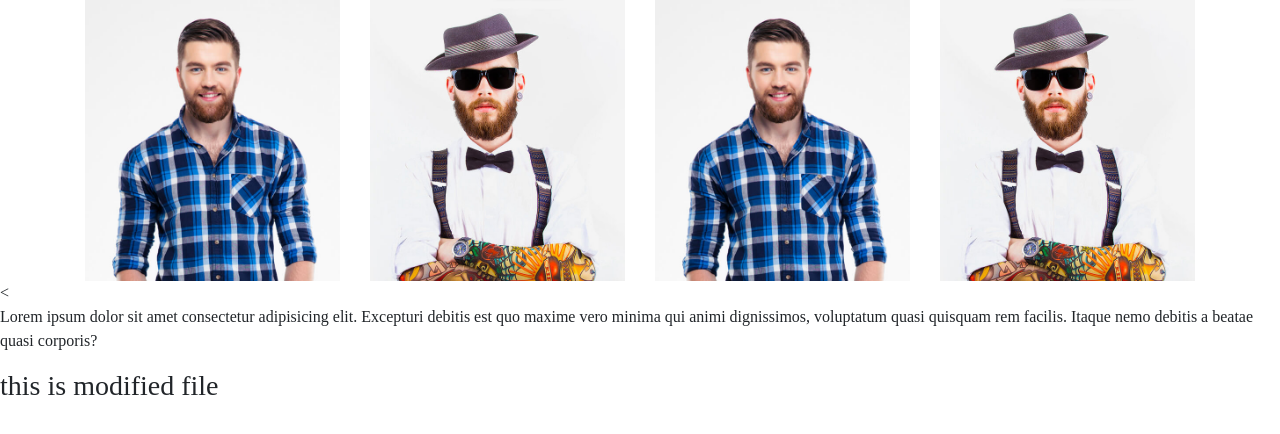
Repository: abdallahgad0000/RouteTeam
Page: index.html
These files come from the project's save history. The page is drawn as it stood at one moment and after a run of saves; the edit follows.
The browser window is 1280 px wide. The pictures show the whole page.

Above is the page before, as saved 2020-12-26 10:55:24.

After the next 3 saves:
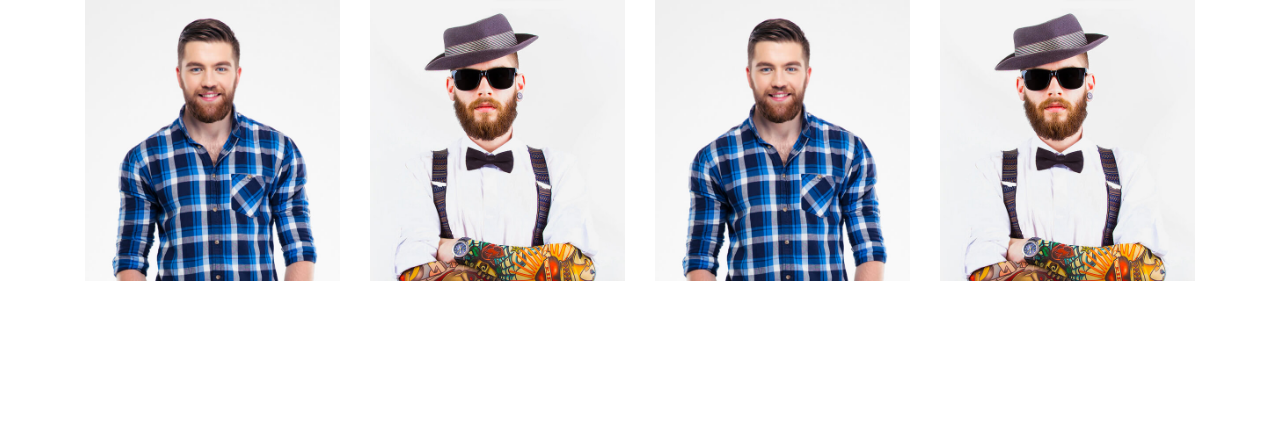
The 3 saves are shown as one change because they came seconds apart.
The last was saved 11 s later.
--- a/index.html
+++ b/index.html
@@ -35,9 +35,7 @@
      </section>
     <!--end of section 1-->
 
-    <
-    <p> Lorem ipsum dolor sit amet consectetur adipisicing elit. Excepturi debitis est quo maxime vero minima qui animi dignissimos, voluptatum quasi quisquam rem facilis. Itaque nemo debitis a beatae quasi corporis? </p>
-    <h3> this is modified file</h3>
+    <s
 
     <script src="js/main.js"></script>
     <script src="js/jquery-3.5.1.min.js"></script>
